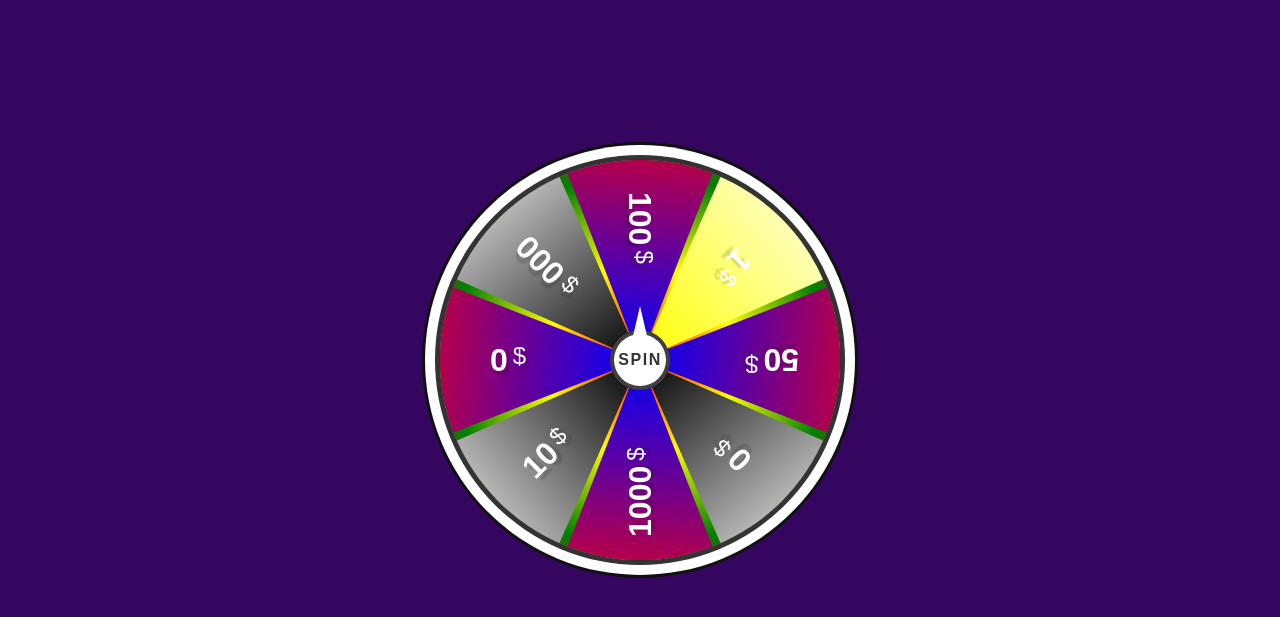
Repository: Jacques-Jaki-Morkel/FundedMarketplace_WheelofFortune
Page: index.html
The author's editor kept a copy of each file at every save. The page is drawn from the files as they stood at one save, then again after the next save.
The browser window is 1280 px wide. The pictures show the whole page.

Above is the page before, as saved 2025-08-14 12:25:17.

After the next save:
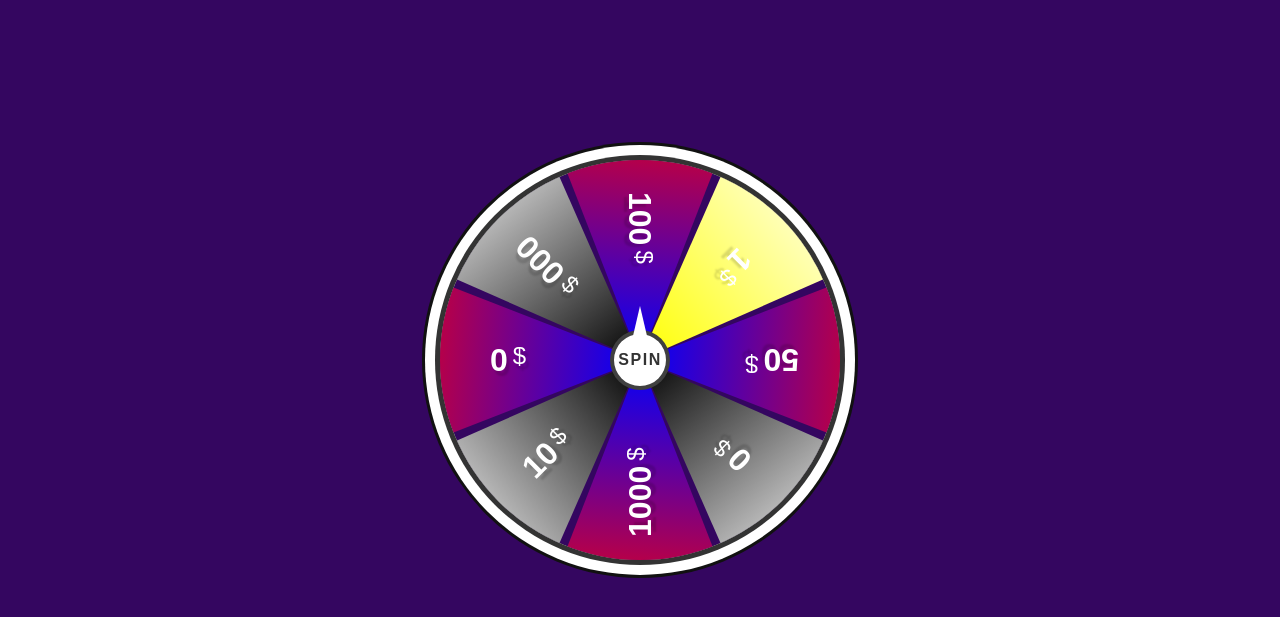
Saved 12 s later.
--- a/styles.css
+++ b/styles.css
@@ -57,7 +57,7 @@
     left: 0;
     width: 100%;
     height: 100%;
-    background: radial-gradient(circle,red, yellow, green, red);
+    background: radial-gradient(square,red, yellow, green, red);
     border-radius: 50%;
     overflow: hidden;
     box-shadow: 0 0 0 5px #333,

After the save that followed:
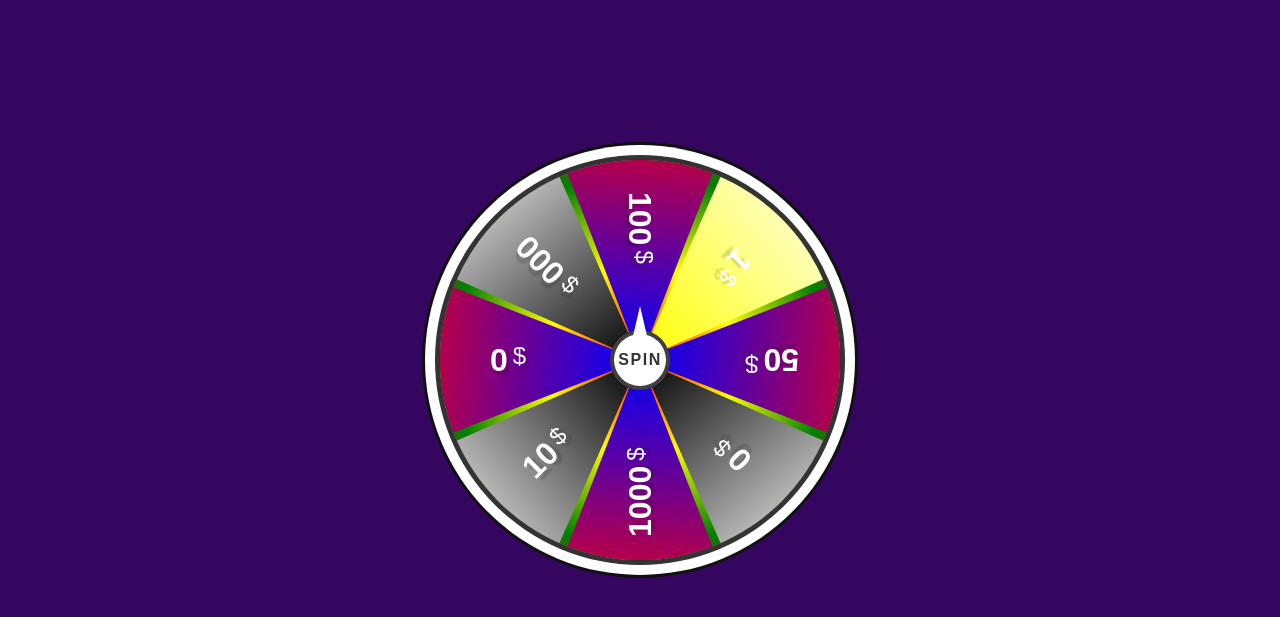
Saved 6 s later.
--- a/styles.css
+++ b/styles.css
@@ -57,7 +57,7 @@
     left: 0;
     width: 100%;
     height: 100%;
-    background: radial-gradient(square,red, yellow, green, red);
+    background: radial-gradient(red, yellow, green, red);
     border-radius: 50%;
     overflow: hidden;
     box-shadow: 0 0 0 5px #333,
